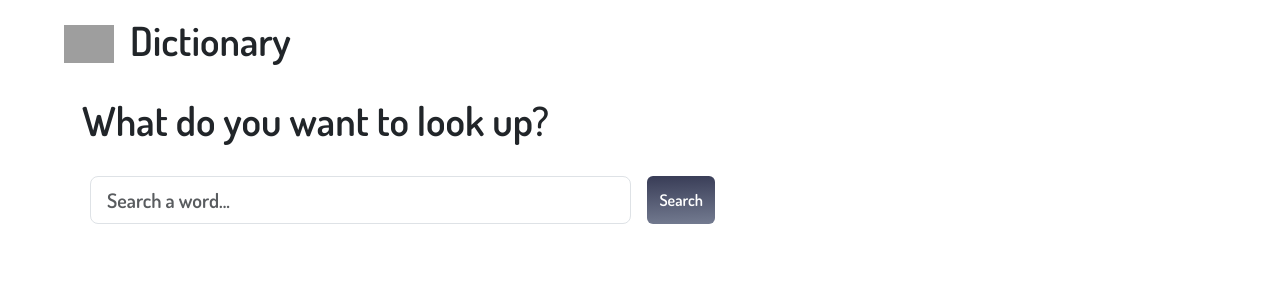
Repository: moehaymanmyint/react-dictionary-app
Page: /
These files come from the project's save history. The page is drawn as it stood at one moment and after the next save; the edit follows.
The browser window is 1280 px wide. The pictures show the whole page.
Pictures or frames that could not be fetched are drawn as grey boxes. The page's requests for data from a server got no answer. The project was rebuilt for these pictures with package versions that can differ from the ones it lists, and the page was loaded fresh each time. No one was signed in, and anything a server would have sent is missing. Also part of the build but not shown: src/Synonyms.js, src/Meaning.js, src/Phonetics.js, src/Results.js.

Above is the page before, as saved 2024-09-06 12:09:36.

### public/index.html
<!DOCTYPE html>
<html lang="en">
  <head>
    <meta charset="utf-8" />
    <link rel="icon" href="%PUBLIC_URL%/favicon.ico" />
    <meta name="viewport" content="width=device-width, initial-scale=1" />
    <meta name="theme-color" content="#000000" />
    <meta
      name="description"
      content="Web site created using create-react-app"
    />
    <link rel="apple-touch-icon" href="%PUBLIC_URL%/logo192.png" />
    <!--
      manifest.json provides metadata used when your web app is installed on a
      user's mobile device or desktop. See https://developers.google.com/web/fundamentals/web-app-manifest/
    -->
    <link rel="manifest" href="%PUBLIC_URL%/manifest.json" />
    <!--
      Notice the use of %PUBLIC_URL% in the tags above.
      It will be replaced with the URL of the `public` folder during the build.
      Only files inside the `public` folder can be referenced from the HTML.

      Unlike "/favicon.ico" or "favicon.ico", "%PUBLIC_URL%/favicon.ico" will
      work correctly both with client-side routing and a non-root public URL.
      Learn how to configure a non-root public URL by running `npm run build`.
    -->
    <title>React App</title>
  </head>
  <body>
    <noscript>You need to enable JavaScript to run this app.</noscript>
    <div id="root"></div>
    <!--
      This HTML file is a template.
      If you open it directly in the browser, you will see an empty page.

      You can add webfonts, meta tags, or analytics to this file.
      The build step will place the bundled scripts into the <body> tag.

      To begin the development, run `npm start` or `yarn start`.
      To create a production bundle, use `npm run build` or `yarn build`.
    -->
  </body>
</html>

### src/App.js
import './App.css';
import 'bootstrap/dist/css/bootstrap.css';

import Search from "./Search"

function App() {
  return (
    <div className="App">
      {/* Logo */}
      <div className='logo m-3 mx-5 d-flex align-items-center'>
        <img src="https://th.bing.com/th/id/R.1ebe3e38406a8906121c9769e62adc3e?rik=d1hISy0qiMJ7Hg&pid=ImgRaw&r=0" alt="Logo" className='mx-3'/>
        <h2>Dictionary</h2>
      </div>

      <div className='container'>
        <Search />
      </div>
    </div>
  );
}

export default App;

### src/App.css
@import url('https://fonts.googleapis.com/css2?family=Dosis:wght@600&display=swap');

.App img{
    width: 50px;
}

.App{
    font-family: "Dosis", sans-serif;
}

### src/Search.js
import React, {useState} from "react";
import 'bootstrap/dist/css/bootstrap.css';
import axios from "axios";
import Results from "./Results"
import "./Dictionary.css";

export default function Search(){
    let [word, setWord] = useState('');
    let [results, setResult] = useState(null);
    let [loaded, setLoaded] = useState(false);

    function handleResponse(response){
        console.log(response.data[0]);
        setResult(response.data[0])
    }

    function handleSubmit(event){
        event.preventDefault();
        Search();
    }

    function Search(){
        //API
        let apiUrl = `https://api.dictionaryapi.dev/api/v2/entries/en_US/${word}`;
        axios.get(apiUrl).then(handleResponse);
    }

    function updateWord(event){
        setWord(event.target.value);
        Search();
    }

    function Loaded(){
        setLoaded(true);
        Search();
    }

    if (loaded) {
        return (
            <div className="Search">
            <h1 className="my-4">What do you want to look up?</h1>
            <div className="row d-flex">
                <div className="col-7">
                    <form onSubmit={handleSubmit} className="d-flex">
                        <input type="search" className="form-control form-control-lg m-2" value={word} onChange={updateWord} placeholder="Search a word..."/>
                        <input type="submit" value="Search" className="btn btn m-2"/>
                    </form>
                    <section className="meaning">
                        <Results results={results}/>
                    </section>
                </div>
                <div className="col-5">

                </div>
            </div>
        </div>
        );
    } else {
        Loaded();
        return "Loading...";
    }
}

### src/Dictionary.css

.Results .box,
.Meaning{
    background-color: white;
    box-shadow: rgba(100, 100, 111, 0.2) 0px 7px 29px 0px;
    border-radius: 10px;
}

h2{
    font-size: 40px;
    text-transform: capitalize;
}

p{
    font-size: 18px;
}

.Search .btn{
    background: linear-gradient(177.9deg, rgb(58, 62, 88) 3.6%, rgb(119, 127, 148) 105.8%);
    border: none;
    color: white;
    transition: 0.5s;
}

Loaded but not shown: src/index.js (common file); src/index.css (common file); src/reportWebVitals.js (common file)

After the next save:
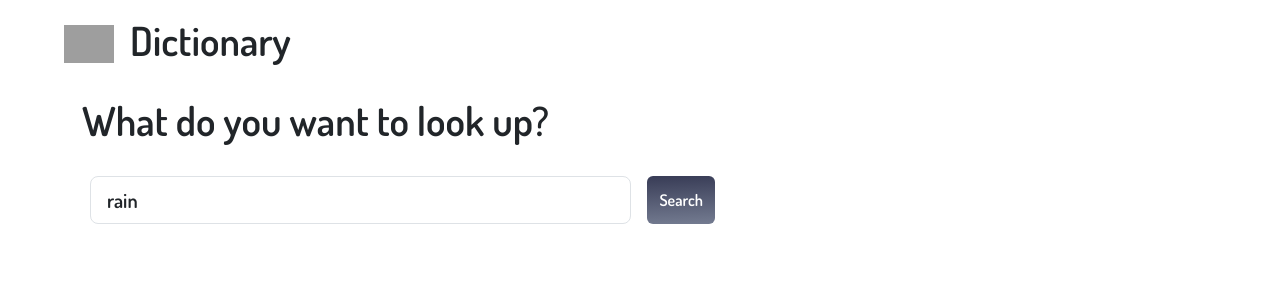
Saved 45 s later.
--- a/src/Search.js
+++ b/src/Search.js
@@ -5,7 +5,7 @@
 import "./Dictionary.css";
 
 export default function Search(){
-    let [word, setWord] = useState('');
+    let [word, setWord] = useState('rain');
     let [results, setResult] = useState(null);
     let [loaded, setLoaded] = useState(false);
 

After the save that followed:
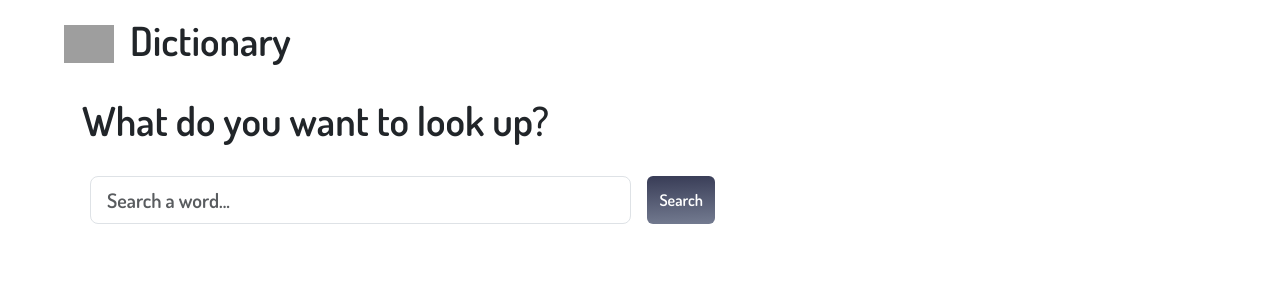
Saved 43 s later.
--- a/src/Search.js
+++ b/src/Search.js
@@ -5,7 +5,7 @@
 import "./Dictionary.css";
 
 export default function Search(){
-    let [word, setWord] = useState('rain');
+    let [word, setWord] = useState('');
     let [results, setResult] = useState(null);
     let [loaded, setLoaded] = useState(false);
 
